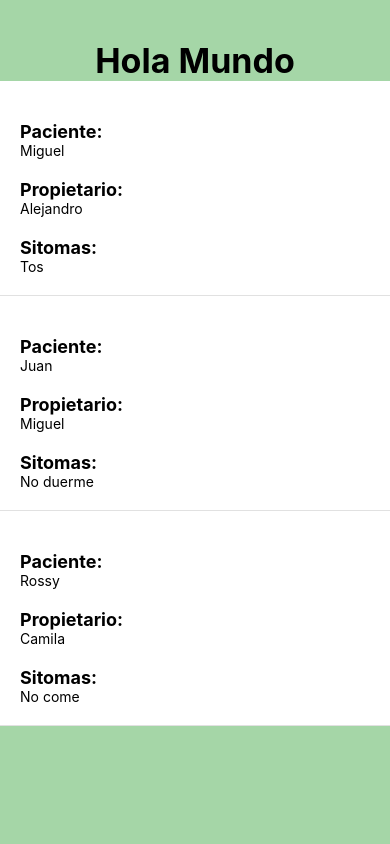
Repository: AleMicky/citas
Screen: /
An editor plug-in stored every save of this project. The screen is shown before and after the next save, followed by the edit.
The app was drawn by React Native's web renderer in a window 390 px wide. The project was rebuilt for these pictures with package versions that can differ from the ones it lists, and the page was loaded fresh each time.

Above is the screen before, as saved 2020-06-27 00:30:03.

### App.js
import React from 'react'
import { View, Text, StyleSheet, FlatList } from 'react-native'
import Cita from './src/components/Cita';

export default function App() {

  const [citas, setCitas] = React.useState([
      { id:'1', paciente:'Miguel', propietario:'Alejandro', sitomas: 'Tos' },
      { id:'2', paciente:'Juan', propietario:'Miguel', sitomas: 'No duerme' },
      { id:'3', paciente:'Rossy', propietario:'Camila', sitomas: 'No come' }
  ]);

  return (
    <View style={styles.contenedor}>
        <Text style={styles.titulo}>Hola Mundo</Text>
        <FlatList data = {citas}
                  renderItem = {({item}) => (<Cita item = {item}/>)}
                  keyExtractor = {citas => citas.id}
          />
    </View>
  )
}

const styles = StyleSheet.create({
  contenedor:{
    flex:1,
    backgroundColor:'#a5d6a7'
  },
  titulo:{
    marginTop:40,
    fontSize: 34,
    fontWeight:'bold',
    textAlign:'center'
  }
})

### src/components/Cita.js
import React from 'react';
import { Text, StyleSheet, View } from 'react-native';

const Cita = ({ item }) => {

    const { paciente, propietario, sitomas } = item;
    return (
        <View style={styles.cita}>
            <View>
                <Text style={styles.lebel}>Paciente: </Text>
                <Text style={styles.texto}>{paciente}</Text>
            </View>
            <View>
                <Text style={styles.lebel}>Propietario: </Text>
                <Text style={styles.texto}>{propietario}</Text>
            </View>
            <View>
                <Text style={styles.lebel}>Sitomas: </Text>
                <Text style={styles.texto}>{sitomas}</Text>
            </View>
        </View>
    );
}
const styles = StyleSheet.create({
    cita:{
        backgroundColor:'#fff',
        borderBottomColor:"#e1e1e1",
        borderStyle:'solid',
        borderBottomWidth: 1,
        paddingVertical:20,
        paddingHorizontal:20,
    },
    lebel:{
        fontWeight:'bold',
        fontSize:18,
        marginTop:20
    },
    texto:{

    }
})
export default Cita;

After the next save:
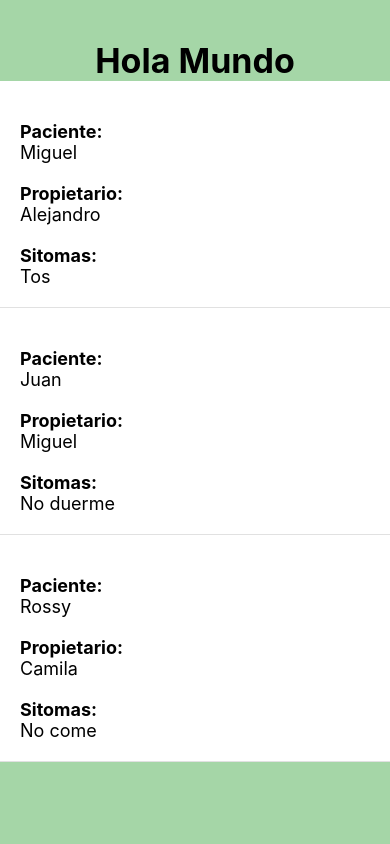
Saved 26 s later.
--- a/src/components/Cita.js
+++ b/src/components/Cita.js
@@ -36,7 +36,7 @@ const styles = StyleSheet.create({
         marginTop:20
     },
     texto:{
-
+        fontSize:18,
     }
 })
 export default Cita;
